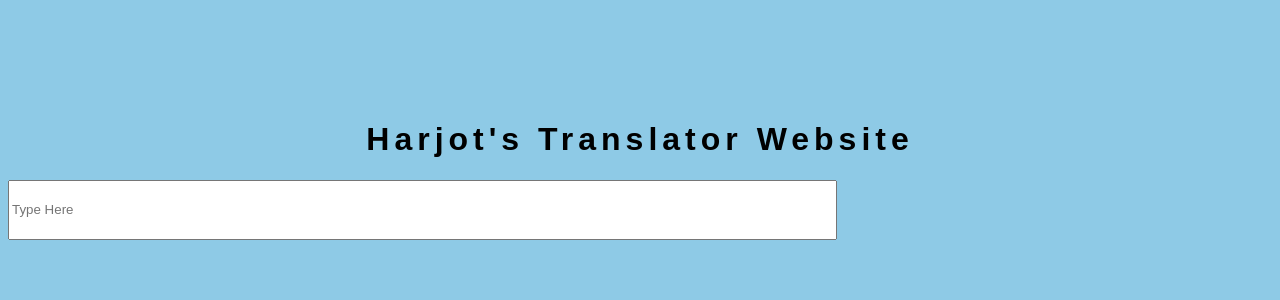
Repository: Harjot00/Pythonpractice
Page: Translator/homepage.html
An editor plug-in stored every save of this project. The page is shown before and after the next save, followed by the edit.
The browser window is 1280 px wide. The pictures show the whole page.
Some web fonts or font styles are not loaded; a fallback is used.

Above is the page before, as saved 2022-03-06 18:15:43.

### Translator/homepage.html
<!DOCTYPE html>
<html lang="en">
<head>
    <meta charset="UTF-8">
    <meta http-equiv="X-UA-Compatible" content="IE=edge">
    <meta name="viewport" content="width=device-width, initial-scale=1.0">
    <title>Harjot's Translator</title>
    <link rel="stylesheet" href="styles.css">
    <link href="http://fonts.cdnfonts.com/css/mrs-sheppards" rel="stylesheet">

</head>
<body>
    <h1 style = "font-family: 'Mrs Sheppards', sans-serif;letter-spacing: 5px;">Harjot's Translator Website</h1>
    <input type="text" id="entry" placeholder="Type Here"></input>
</body>
</html>

### Translator/styles.css
body{
    background-color: #8ECAE6;
    font-family: open sans;
}
h1{
    padding-top: 100px;
    text-align: center;
}
#entry{
    width: 821px;
    height: 54px;
}

After the next save:
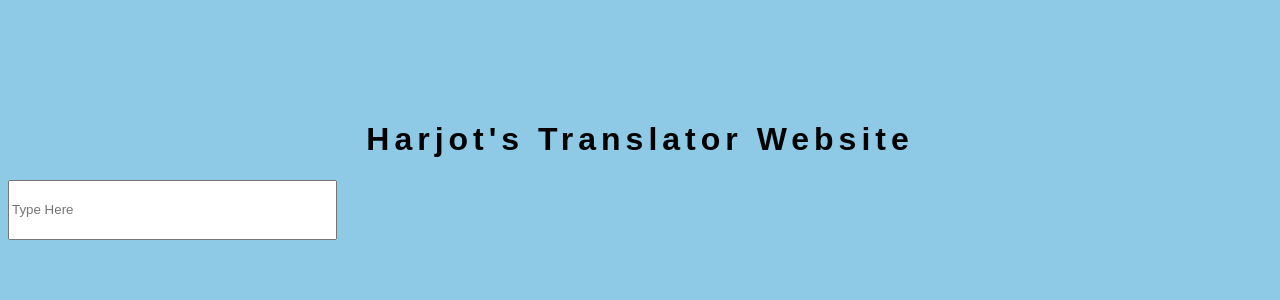
Saved 15 s later.
--- a/Translator/styles.css
+++ b/Translator/styles.css
@@ -7,6 +7,6 @@
     text-align: center;
 }
 #entry{
-    width: 821px;
+    width: 321px;
     height: 54px;
 }
